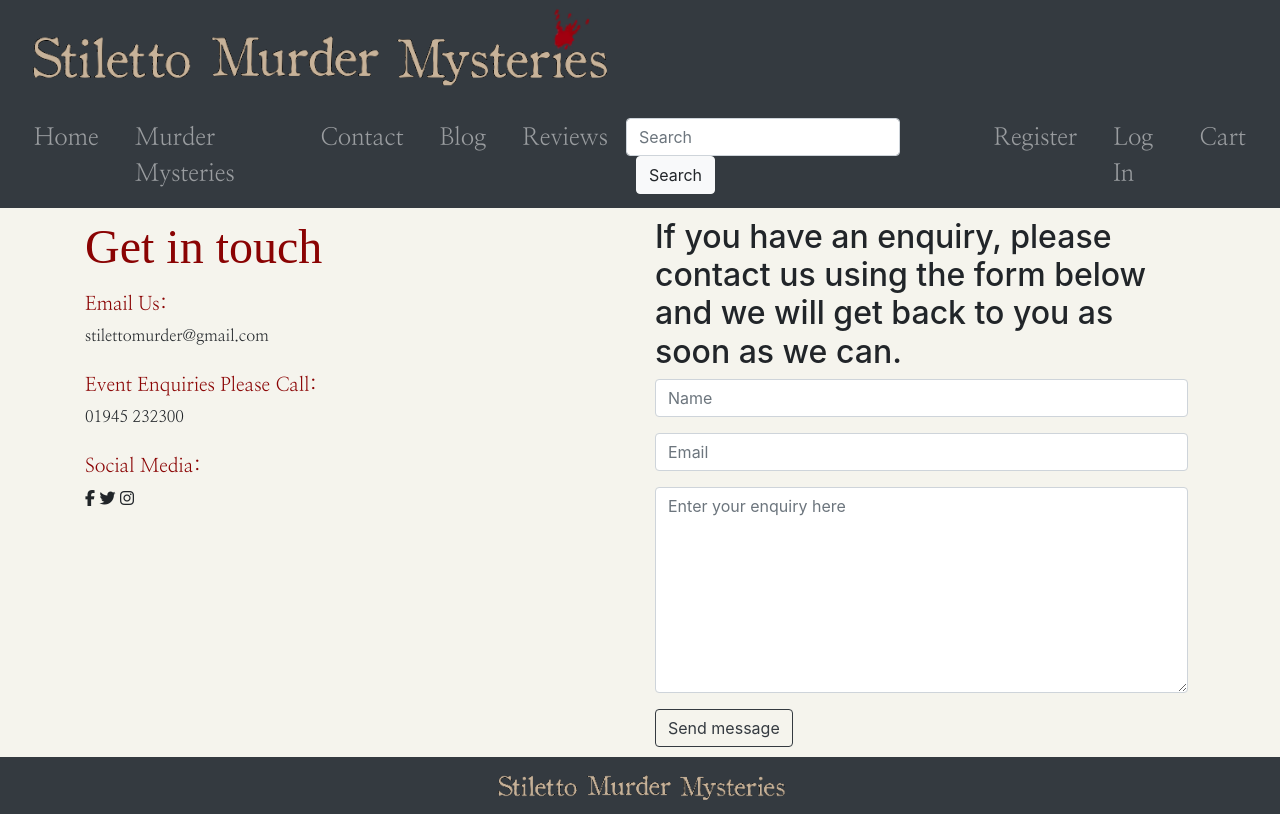
Repository: TaylorD1982/murder-milestone
Page: home/templates/contact.html
The author's editor kept a record of every edit. The page is drawn from the files as they stood at one moment, then again after the next edit.
The browser window is 1280 px wide. The pictures show the whole page.
Some icons come from a web library that is not loaded, so they are not drawn. Some web fonts or font styles are not loaded; a fallback is used. Some web libraries are served in a nearby version. The template is drawn by Django 2.2. The application's start-up code is not run. The template is opened directly, without the code that normally fills it, so the values that code supplies are empty.

Above is the page before.
Console error (its wording comes from the project's code and is left out).

After the next edit:
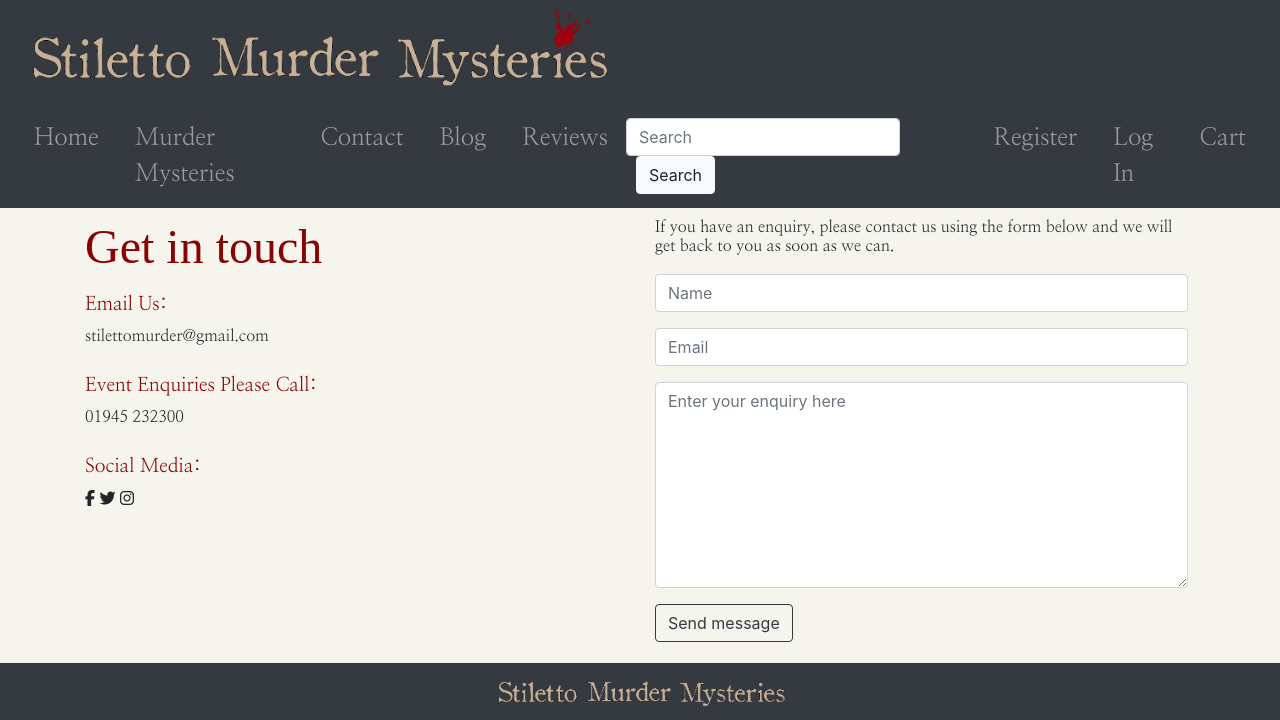
The edit:
--- a/home/templates/contact.html
+++ b/home/templates/contact.html
@@ -26,7 +26,7 @@
 
     <!-- Left hand column of bootsttap grid, displaying the contact form-->
 
-      <h2 class="contact-instruction">If you have an enquiry, please contact us using the form below and we will get back to you as soon as we can.</h2>
+      <h2 class="contact-content">If you have an enquiry, please contact us using the form below and we will get back to you as soon as we can.</h2>
 
       <!-- Contact form-->
 
